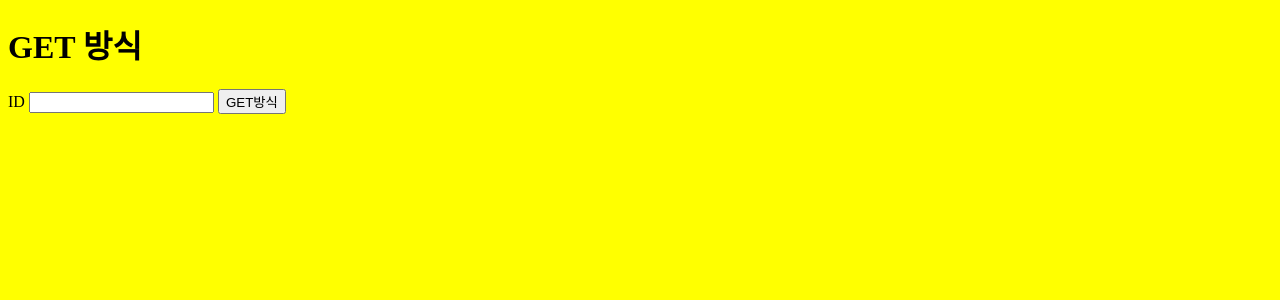
Repository: jim698/Practice
Page: http://localhost/ch11_requestmapping/
The author's editor kept a copy of each file at every save. The page is drawn from the files as they stood at one save, then again after the next save.
The browser window is 1280 px wide. The pictures show the whole page.
The page is served by Tomcat 9.

Above is the page before, as saved 2020-03-30 03:46:40.

After the next save:
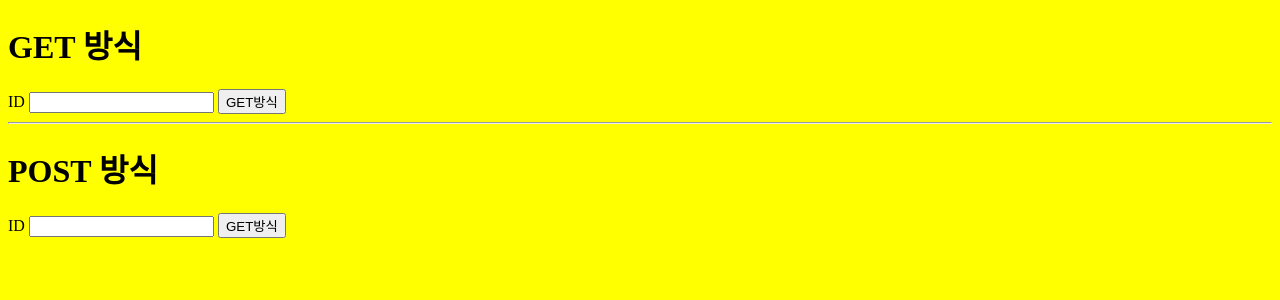
Saved 25 s later.
--- a/ch11_requestmapping/src/main/webapp/WEB-INF/views/main.jsp
+++ b/ch11_requestmapping/src/main/webapp/WEB-INF/views/main.jsp
@@ -15,5 +15,11 @@
 		ID <input type="text" name="id">
 		<input type="submit" value="GET방식">
 	</form>
+	<hr>
+	<h1>POST 방식</h1>
+	<form action="${conPath }/student.do" method="post">
+		ID <input type="text" name="id">
+		<input type="submit" value="GET방식">
+	</form>
 </body>
 </html>
